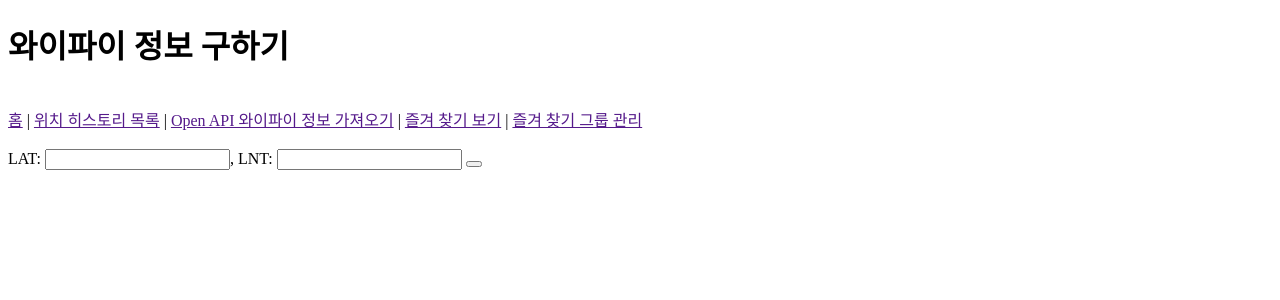
Repository: WooHyun94/Mission1_WIFI
Page: http://localhost/Mission1-WIFI/
These files come from the project's save history. The page is drawn as it stood at one moment and after the next save; the edit follows.
The browser window is 1280 px wide. The pictures show the whole page.
The page is served by Tomcat 9.

Above is the page before, as saved 2023-09-26 16:00:46.

After the next save:
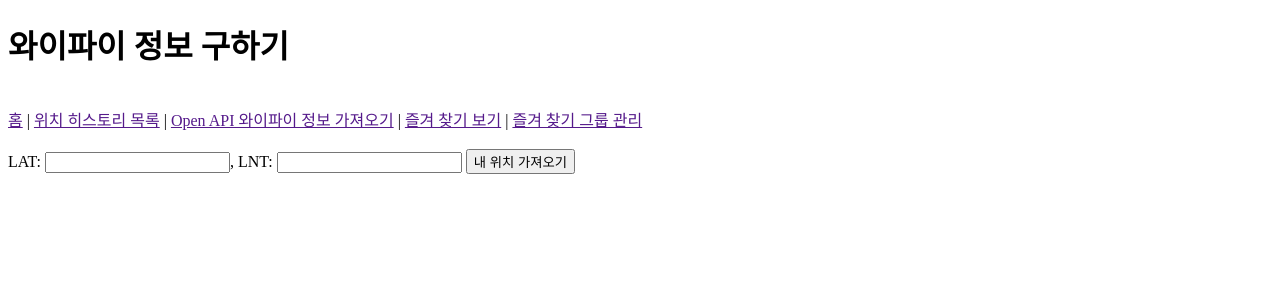
Saved 11 s later.
--- a/Mission1-WIFI/src/main/webapp/index.jsp
+++ b/Mission1-WIFI/src/main/webapp/index.jsp
@@ -21,6 +21,6 @@
 	<br><br>
 	LAT: <input type="text" id="lat">,
 	LNT: <input type="text" id="lnt">
-	<button></button>
+	<button>내 위치 가져오기</button>
 </body>
 </html>
